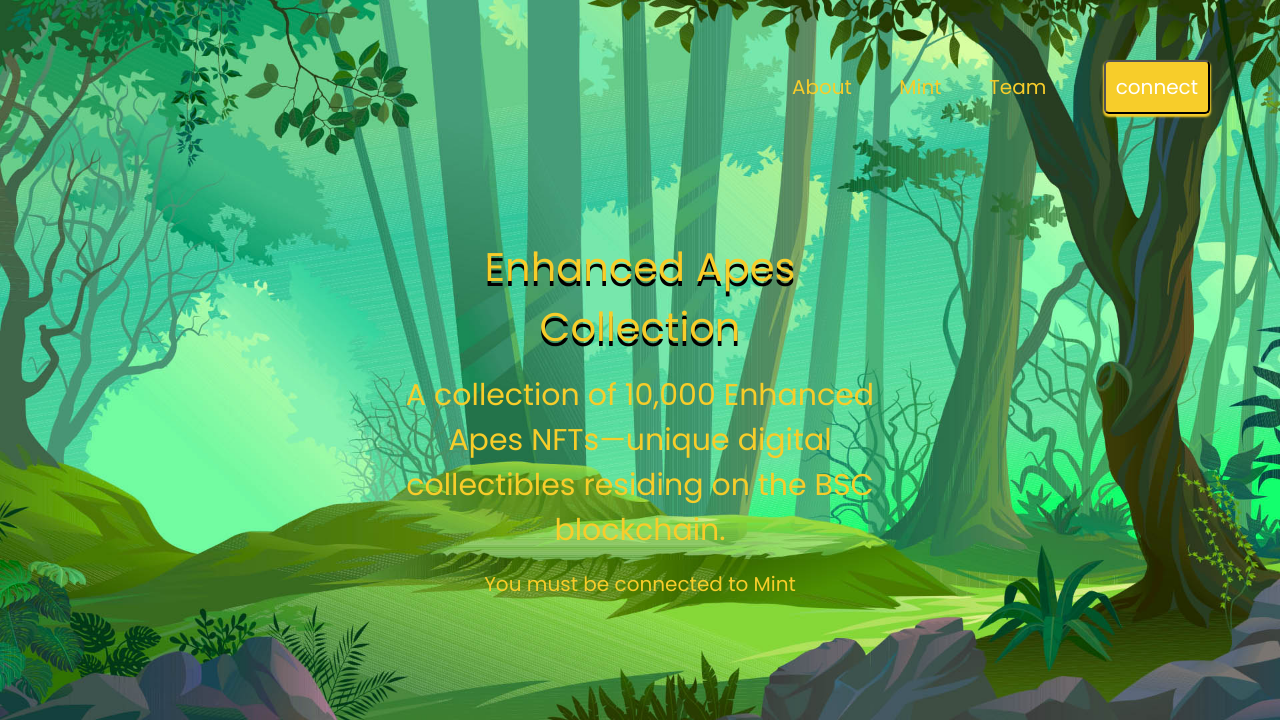
Repository: Stephegbenga/Minting-Dapp
Page: /
An editor plug-in stored every save of this project. The page is shown before and after the next save, followed by the edit.
The browser window is 1280 px wide. The pictures show the whole page.
The project was rebuilt for these pictures with package versions that can differ from the ones it lists, and the page was loaded fresh each time.

Above is the page before, as saved 2022-04-07 17:24:04.

After the next save:
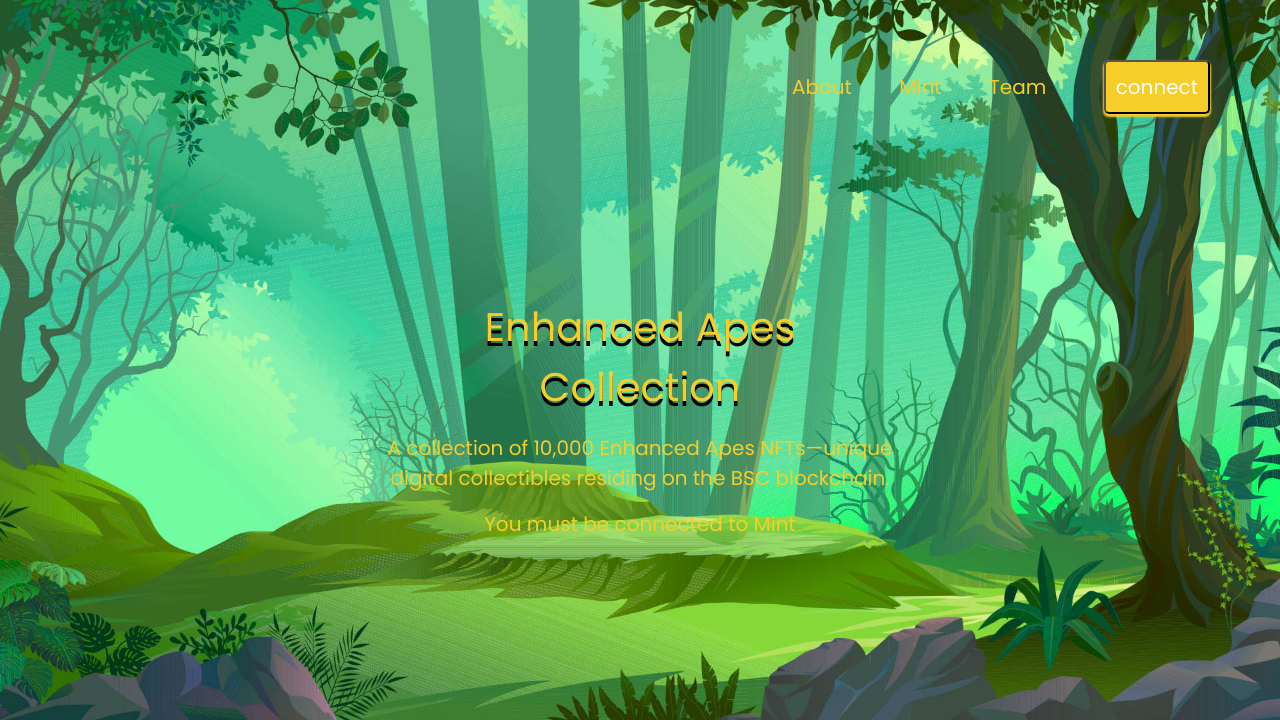
Saved 30 s later.
--- a/src/MainMint.js
+++ b/src/MainMint.js
@@ -38,7 +38,7 @@ const MainMint = ({ accounts, setAccounts}) => {
                 <div>
                     <Text fontSize="40px" textShadow="0 5px #000000">Enhanced Apes Collection</Text>
                         <Text
-                            fontSize="30px"
+                            fontSize="20px"
                             letterSpacing="-5.5%"
                             fontFamily="poppins"
                             textShadow="0 2px 2px #00000"
